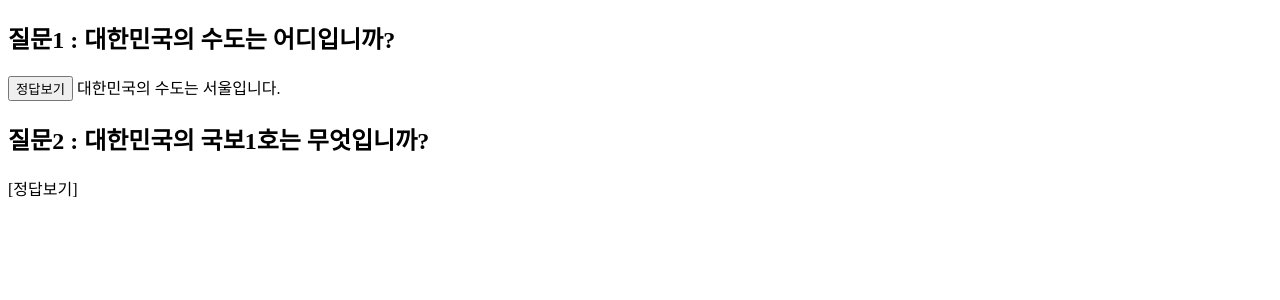
Repository: yoojisoo/YONSAI
Page: http://localhost/teatJava/html/script05.jsp
These files come from the project's save history. The page is drawn as it stood at one moment and after the next save; the edit follows.
The browser window is 1280 px wide. The pictures show the whole page.
After loading, the first visible `button.q1` was clicked once.
The page is served by Tomcat 9.

Above is the page before, as saved 2021-08-20 05:35:52.

After the next save:
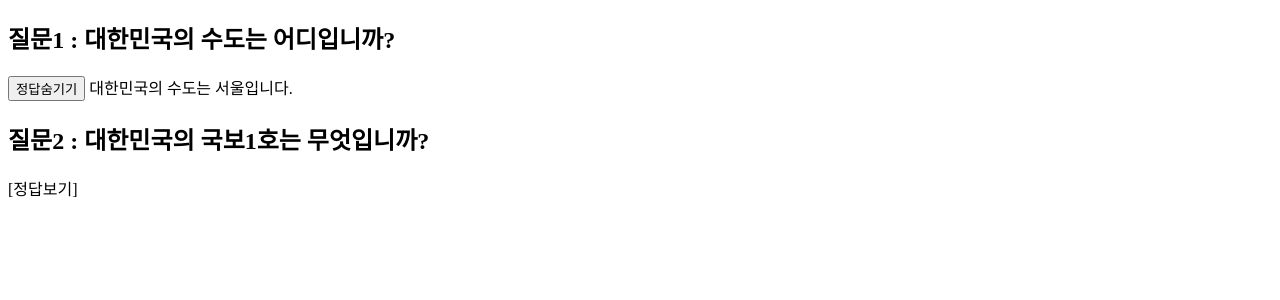
Saved 88 s later.
--- a/jsworkspace/teatJava/src/main/webapp/html/script05.jsp
+++ b/jsworkspace/teatJava/src/main/webapp/html/script05.jsp
@@ -14,8 +14,10 @@
 			count++;
 				if(count%2==1){
 					$("ans.q1").show();
+					$("button.q1").text("정답숨기기");
 				}else{
 					$("ans.q1").hide();
+					$("button.q1").text("정답보기");
 				}
 		});
 		$("p.q2").click(function(){
